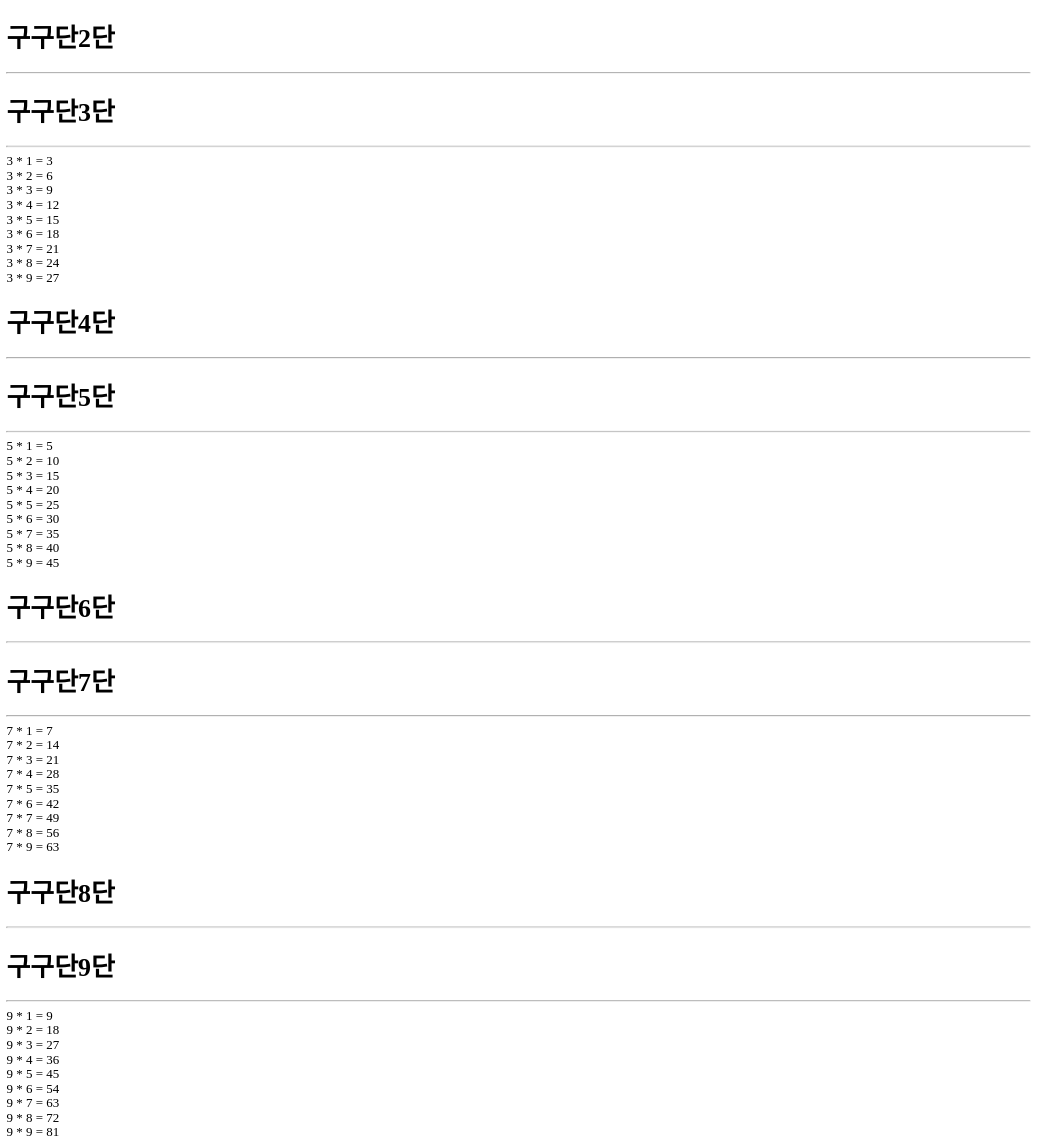
Repository: GITJIWOO/JavaBasic
Page: http://localhost/JSPBasic/gugudan.jsp
These files come from the project's save history. The page is drawn as it stood at one moment and after the next save; the edit follows.
The browser window is 1280 px wide. The pictures show the whole page, at 81% of full size.
The page is served by Tomcat 9.

Above is the page before, as saved 2021-07-29 03:44:05.

### JSPBasic/WebContent/gugudan.jsp
<%@ page language="java" contentType="text/html; charset=UTF-8"
    pageEncoding="UTF-8"%>
<!DOCTYPE html>
<html>
<head>
<meta charset="UTF-8">
<title>구구단 출력 예제</title>
</head>
<body>
	<%
	for(int i = 2; i <= 9; i++) {
		out.println("<h1>구구단" + i +"단</h1><hr/>");
		for(int j = 1; j <= 9; j++) {
			if(i % 2 == 0){
				continue;
			} else {
				out.println(i + " * " + j + " = " + (j * i) + "<br/>");
			}
		}
	}
	%>
</body>
</html>

After the next save:
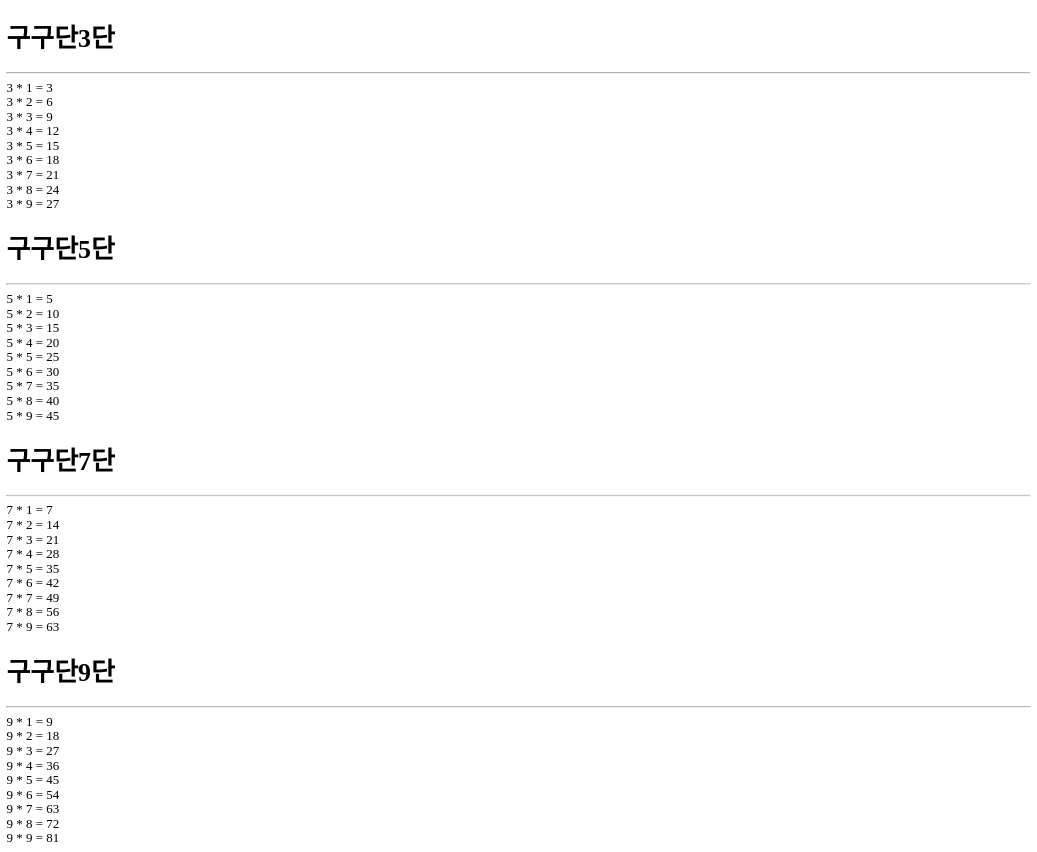
Saved 65 s later.
--- a/JSPBasic/WebContent/gugudan.jsp
+++ b/JSPBasic/WebContent/gugudan.jsp
@@ -9,12 +9,12 @@
 <body>
 	<%
 	for(int i = 2; i <= 9; i++) {
-		out.println("<h1>구구단" + i +"단</h1><hr/>");
-		for(int j = 1; j <= 9; j++) {
-			if(i % 2 == 0){
-				continue;
-			} else {
-				out.println(i + " * " + j + " = " + (j * i) + "<br/>");
+		if(i % 2 == 0){
+			continue;
+		} else {
+			out.println("<h1>구구단" + i +"단</h1><hr/>");
+			for(int j = 1; j <= 9; j++) {
+			out.println(i + " * " + j + " = " + (j * i) + "<br/>");
 			}
 		}
 	}
